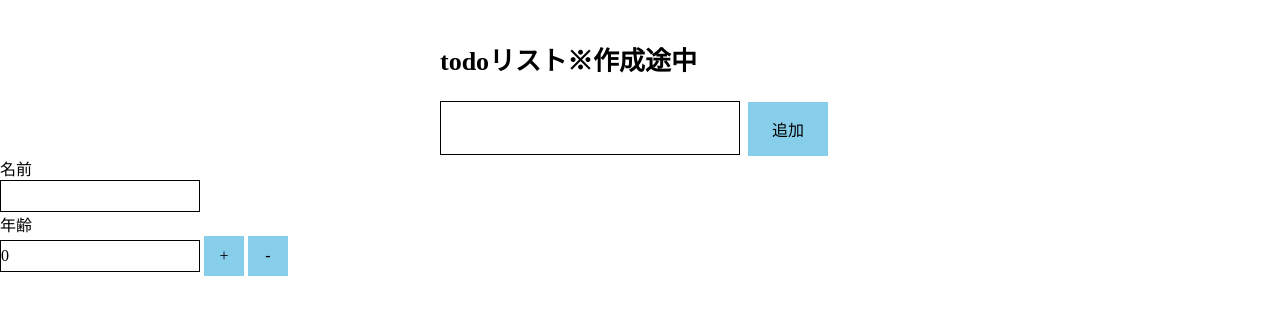
Repository: FujieRyou/react_practice
Page: /
The author's editor kept a copy of each file at every save. The page is drawn from the files as they stood at one save, then again after the next save.
The browser window is 1280 px wide. The pictures show the whole page.
The project was rebuilt for these pictures with package versions that can differ from the ones it lists, and the page was loaded fresh each time. Also part of the build but not shown: vite.config.js, src/components/testComponent.jsx, src/components/countUp.jsx, src/components/switchFlag.jsx, src/components/props1.jsx, src/components/profile.jsx, src/components/ivent.jsx.

Above is the page before, as saved 2023-01-19 04:21:41.

After the next save:
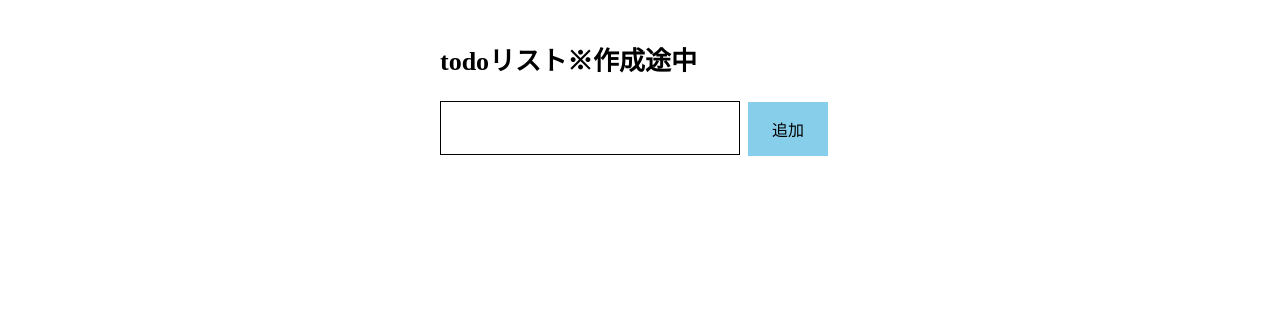
Saved 112 s later.
--- a/src/App.jsx
+++ b/src/App.jsx
@@ -49,7 +49,7 @@ const App = () =>{
 
     <ChangeIvent /> */}
 
-    <InputInterlocking />
+    {/* <InputInterlocking /> */}
 
     </div>
 
